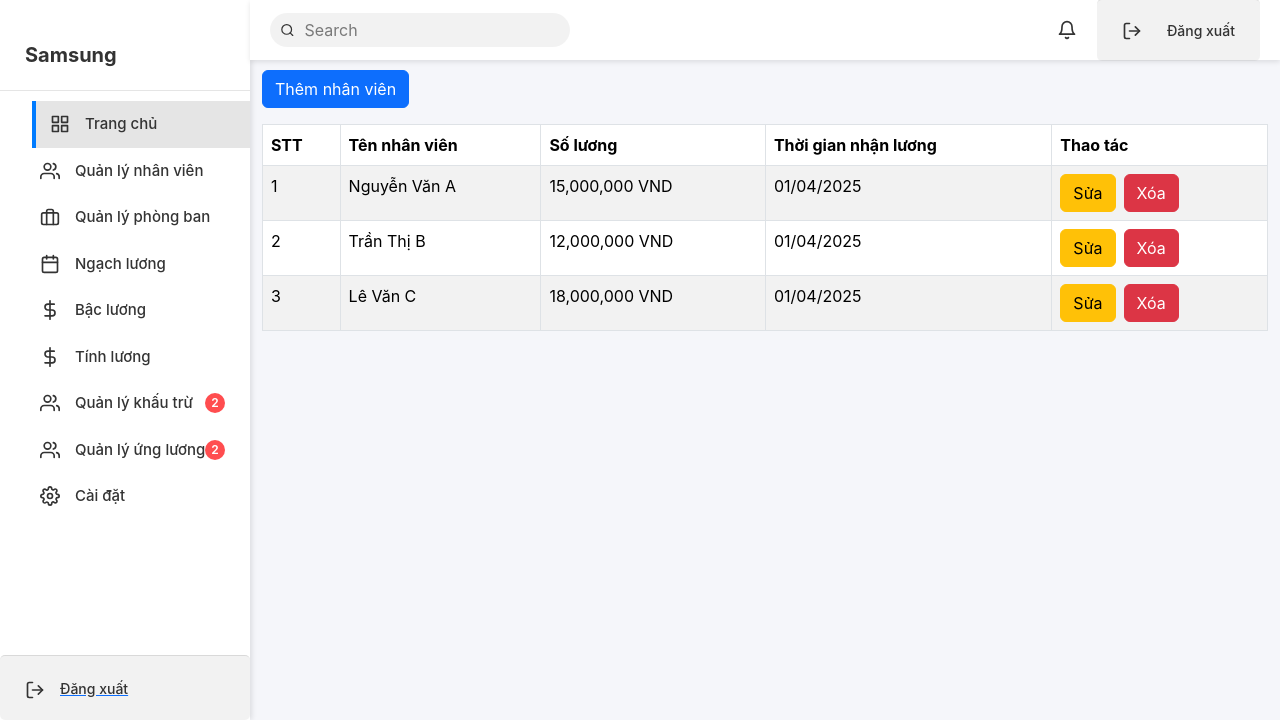
Repository: lenb2109136/HTTTQL
Page: /
These files come from the project's save history. The page is drawn as it stood at one moment and after the next save; the edit follows.
The browser window is 1280 px wide. The pictures show the whole page.
The project was rebuilt for these pictures with package versions that can differ from the ones it lists, and the page was loaded fresh each time.

Above is the page before, as saved 2025-03-28 13:05:32.

### src/index.js
import React from 'react';
import ReactDOM from 'react-dom/client';
import './index.css';
import App from './App';
import reportWebVitals from './reportWebVitals';
import 'bootstrap/dist/css/bootstrap.min.css'; // Import Bootstrap CSS
const root = ReactDOM.createRoot(document.getElementById('root'));
root.render(
  <React.StrictMode>
    <App />
  </React.StrictMode>
);

// If you want to start measuring performance in your app, pass a function
// to log results (for example: reportWebVitals(console.log))
// or send to an analytics endpoint. Learn more: https://bit.ly/CRA-vitals
reportWebVitals();

### src/App.js
// src/App.js
import React from 'react';
import { BrowserRouter as Router, Route, Routes } from 'react-router-dom';
import 'bootstrap/dist/css/bootstrap.min.css';
import './App.css';
import Header from './component/admin/Header-Admin';
import Sidebar from './component/admin/SideBar';
import Dashboard from './component/admin/Dashboard';

function App() {
  return (
    <Router>
      <div className="app">
        <Sidebar />
        <div className="main-content">
          <Header />
          <Routes>
            <Route path="/" element={<Dashboard />} />
          </Routes>
        </div>
      </div>
    </Router>
  );
}

export default App;

### src/App.css
/* src/App.css */
* {
  margin: 0;
  padding: 0;
  box-sizing: border-box;
  font-family: 'Inter', Arial, sans-serif;
}

.app {
  display: flex;
}

.main-content {
  flex: 1;
  margin-left: 250px;
  background-color: #f5f6fa;
  min-height: 100vh;
}

/* Page Content */
.page-content {
  padding: 20px;
}

### src/component/admin/Header-Admin.js
import React from 'react';
import { FiSearch, FiLogOut, FiBell } from 'react-icons/fi';
import './admin-style/Header-Admin.css'; // Adjusted import to match the provided file location

const Header = () => {
  return (
    <div className="header">
      {/* Thanh tìm kiếm */}
      <div className="search-bar">
        <FiSearch className="search-icon" />
        <input type="text" placeholder="Search" />
      </div>

      {/* Phần bên phải: Biểu tượng thông báo và nút đăng xuất */}
      <div className="header-right">
        <FiBell className="notification-icon" />
        <div className="logout-section">
          <FiLogOut className="logout-icon" />
          <span>Đăng xuất</span>
        </div>
      </div>
    </div>
  );
};

export default Header;

### src/component/admin/SideBar.js
import React from 'react';
import './admin-style/SideBar-Admin.css';
import { Link, useLocation } from 'react-router-dom';
import {
  FiGrid,
  FiUsers,
  FiBriefcase,
  FiCalendar,
  FiDollarSign,
  FiSettings,
  FiLogOut,
} from 'react-icons/fi';

const Sidebar = () => {
  const location = useLocation();

  return (
    <div className="sidebar">
      <div className="logo">
        <span className="logo-text">Samsung</span>
      </div>
      <ul>
        <li className={location.pathname === '/' ? 'active' : ''}>
          <Link to="/">
            <FiGrid className="menu-icon" />
            <span>Trang chủ</span>
          </Link>
        </li>
        <li className={location.pathname === '/employees' ? 'active' : ''}>
          <Link to="/employees">
            <FiUsers className="menu-icon" />
            <span>Quản lý nhân viên</span>
          </Link>
        </li>
        <li className={location.pathname === '/departments' ? 'active' : ''}>
          <Link to="/departments">
            <FiBriefcase className="menu-icon" />
            <span>Quản lý phòng ban</span>
          </Link>
        </li>
        <li className={location.pathname === '/salary-scale' ? 'active' : ''}>
          <Link to="/salary-scale">
            <FiCalendar className="menu-icon" />
            <span>Ngạch lương</span>
          </Link>
        </li>
        <li className={location.pathname === '/pay-grade' ? 'active' : ''}>
          <Link to="/pay-grade">
            <FiDollarSign className="menu-icon" />
            <span>Bậc lương</span>
          </Link>
        </li>
        <li
          className={
            location.pathname === '/salary-calculation' ? 'active' : ''
          }
        >
          <Link to="/salary-calculation">
            <FiDollarSign className="menu-icon" />
            <span>Tính lương</span>
          </Link>
        </li>
        <li className={location.pathname === '/deductions' ? 'active' : ''}>
          <Link to="/deductions">
            <FiUsers className="menu-icon" />
            <span>Quản lý khấu trừ</span>
            <span className="badge">2</span>
          </Link>
        </li>
        <li className={location.pathname === '/salary-advance' ? 'active' : ''}>
          <Link to="/salary-advance">
            <FiUsers className="menu-icon" />
            <span>Quản lý ứng lương</span>
            <span className="badge">2</span>
          </Link>
        </li>
        <li className={location.pathname === '/settings' ? 'active' : ''}>
          <Link to="/settings">
            <FiSettings className="menu-icon" />
            <span>Cài đặt</span>
          </Link>
        </li>
      </ul>
      <div className="logout-section">
        <Link to="/logout" className="logout-link">
          <FiLogOut className="logout-icon" />
          <span>Đăng xuất</span>
        </Link>
      </div>
    </div>
  );
};

export default Sidebar;

### src/component/admin/Dashboard.js
import React, { useState } from 'react';
import { Table, Button, Container } from 'react-bootstrap';

const EmployeesPage = () => {
  const [employees, setEmployees] = useState([
    {
      id: 1,
      name: 'Nguyễn Văn A',
      salary: '15,000,000 VND',
      payDate: '01/04/2025',
    },
    {
      id: 2,
      name: 'Trần Thị B',
      salary: '12,000,000 VND',
      payDate: '01/04/2025',
    },
    {
      id: 3,
      name: 'Lê Văn C',
      salary: '18,000,000 VND',
      payDate: '01/04/2025',
    },
  ]);

  const handleDelete = id => {
    setEmployees(employees.filter(emp => emp.id !== id));
  };

  return (
    <Container>
      <h2 className="my-3">Danh sách nhân viên</h2>
      <Button variant="primary" className="mb-3">
        Thêm nhân viên
      </Button>
      <Table striped bordered hover>
        <thead>
          <tr>
            <th>STT</th>
            <th>Tên nhân viên</th>
            <th>Số lương</th>
            <th>Thời gian nhận lương</th>
            <th>Thao tác</th>
          </tr>
        </thead>
        <tbody>
          {employees.map((emp, index) => (
            <tr key={emp.id}>
              <td>{index + 1}</td>
              <td>{emp.name}</td>
              <td>{emp.salary}</td>
              <td>{emp.payDate}</td>
              <td>
                <Button variant="warning" className="me-2">
                  Sửa
                </Button>
                <Button variant="danger" onClick={() => handleDelete(emp.id)}>
                  Xóa
                </Button>
              </td>
            </tr>
          ))}
        </tbody>
      </Table>
    </Container>
  );
};

export default EmployeesPage;

### src/component/admin/admin-style/Header-Admin.css
/* src/components/Header.css */
.header {
  width: calc(100% - 250px); /* Adjust for sidebar width */
  height: 60px;
  background: #fff; /* White background */
  position: fixed;
  top: 0;
  left: 250px; /* Offset for sidebar */
  display: flex;
  justify-content: space-between;
  align-items: center;
  padding: 0 20px;
  box-shadow: 0 2px 5px rgba(0, 0, 0, 0.1); /* Subtle shadow */
}

/* Thanh tìm kiếm */
.search-bar {
  display: flex;
  align-items: center;
  background-color: rgba(0, 0, 0, 0.05); /* Light gray background */
  border-radius: 20px;
  padding: 5px 10px;
  width: 300px;
}

.search-bar input {
  border: none;
  background: none;
  outline: none;
  margin-left: 10px;
  width: 100%;
  color: #333; /* Black text */
}

.search-bar input::placeholder {
  color: rgba(0, 0, 0, 0.5); /* Gray placeholder */
}

.search-icon {
  color: #333; /* Black icon */
}

/* Phần bên phải */
.header-right {
  display: flex;
  align-items: center;
  gap: 20px; /* Space between notification and logout */
}

.notification-icon {
  font-size: 20px;
  color: #333; /* Black icon */
  cursor: pointer;
}

.notification-icon:hover {
  color: #007bff; /* Blue on hover */
}

.logout-section {
  display: flex;
  align-items: center;
  gap: 10px;
  padding: 10px 15px;
  background-color: rgba(0, 0, 0, 0.05); /* Light gray background */
  border-radius: 5px;
  cursor: pointer;
  transition: background-color 0.3s ease;
}

.logout-section:hover {
  background-color: rgba(0, 0, 0, 0.1); /* Slightly darker on hover */
}

.logout-icon {
  font-size: 18px;
  color: #333; /* Black icon */
}

.logout-section span {
  font-size: 14px;
  font-weight: 500;
  color: #333; /* Black text */
}

### src/component/admin/admin-style/SideBar-Admin.css
/* src/components/Sidebar.css */
.sidebar {
  width: 250px;
  height: 100vh;
  background: #fff; /* White background */
  color: #333; /* Dark text color */
  position: fixed;
  top: 0;
  left: 0;
  padding-top: 20px;
  display: flex;
  flex-direction: column;
  justify-content: space-between;
  box-shadow: 2px 0 5px rgba(0, 0, 0, 0.1); /* Subtle shadow for depth */
}

.sidebar .logo {
  display: flex;
  align-items: center;
  gap: 10px;
  padding: 20px 25px;
  border-bottom: 1px solid rgba(0, 0, 0, 0.1); /* Light border */
}

.sidebar .logo-icon {
  width: 40px;
  height: 40px;
  object-fit: contain; /* Ensure the logo scales properly */
}

.sidebar .logo span {
  font-size: 20px;
  font-weight: 700;
  color: #333;
}

.sidebar ul {
  list-style: none;
  margin-top: 10px;
  flex-grow: 1;
}

.sidebar ul li {
  padding: 12px 8px;
  display: flex;
  align-items: center;
  cursor: pointer;
  transition: background-color 0.3s ease, padding-left 0.3s ease;
  position: relative; /* For badge positioning */
}

.sidebar ul li:hover {
  background-color: rgba(0, 0, 0, 0.05); /* Light gray hover effect */
  padding-left: 15px;
}

.sidebar ul li.active {
  background-color: rgba(0, 0, 0, 0.1); /* Slightly darker for active state */
  border-left: 4px solid #007bff; /* Blue accent for active item */
  padding-left: 14px;
}

.sidebar ul li a {
  color: #333; /* Black text */
  text-decoration: none;
  display: flex;
  align-items: center;
  font-size: 15px;
  font-weight: 500;
  width: 100%; /* Ensure the link takes full width */
}

.sidebar ul li a .menu-icon {
  font-size: 20px; /* Slightly larger icons */
  color: #333; /* Black icons */
  margin-right: 15px; /* Increased spacing between icon and text */
  transition: color 0.3s ease; /* Smooth color transition on hover */
}

.sidebar ul li a:hover .menu-icon {
  color: #007bff; /* Blue on hover */
}

/* Notification Badge */
.sidebar ul li .badge {
  position: absolute;
  right: 25px;
  background-color: #ff4d4f; /* Red badge */
  color: #fff;
  font-size: 12px;
  font-weight: 600;
  width: 20px;
  height: 20px;
  border-radius: 50%;
  display: flex;
  align-items: center;
  justify-content: center;
}

/* Logout Section */
.logout-section {
  padding: 20px 25px;
  display: flex;
  align-items: center;
  gap: 10px;
  background-color: rgba(0, 0, 0, 0.05); /* Light gray background */
  border-top: 1px solid rgba(0, 0, 0, 0.1);
  cursor: pointer;
  transition: background-color 0.3s ease;
}

.logout-section:hover {
  background-color: rgba(0, 0, 0, 0.1);
}

.logout-icon {
  font-size: 20px; /* Match menu icon size */
  color: #333; /* Black icon */
  margin-right: 15px; /* Increased spacing between icon and text */
  transition: color 0.3s ease; /* Smooth color transition on hover */
}

.logout-section:hover .logout-icon {
  color: #007bff; /* Blue on hover */
}

.logout-section span {
  font-size: 14px;
  font-weight: 500;
  color: #333;
}

Loaded but not shown: public/index.html (common file); src/index.css (common file); src/reportWebVitals.js (common file)

After the next save:
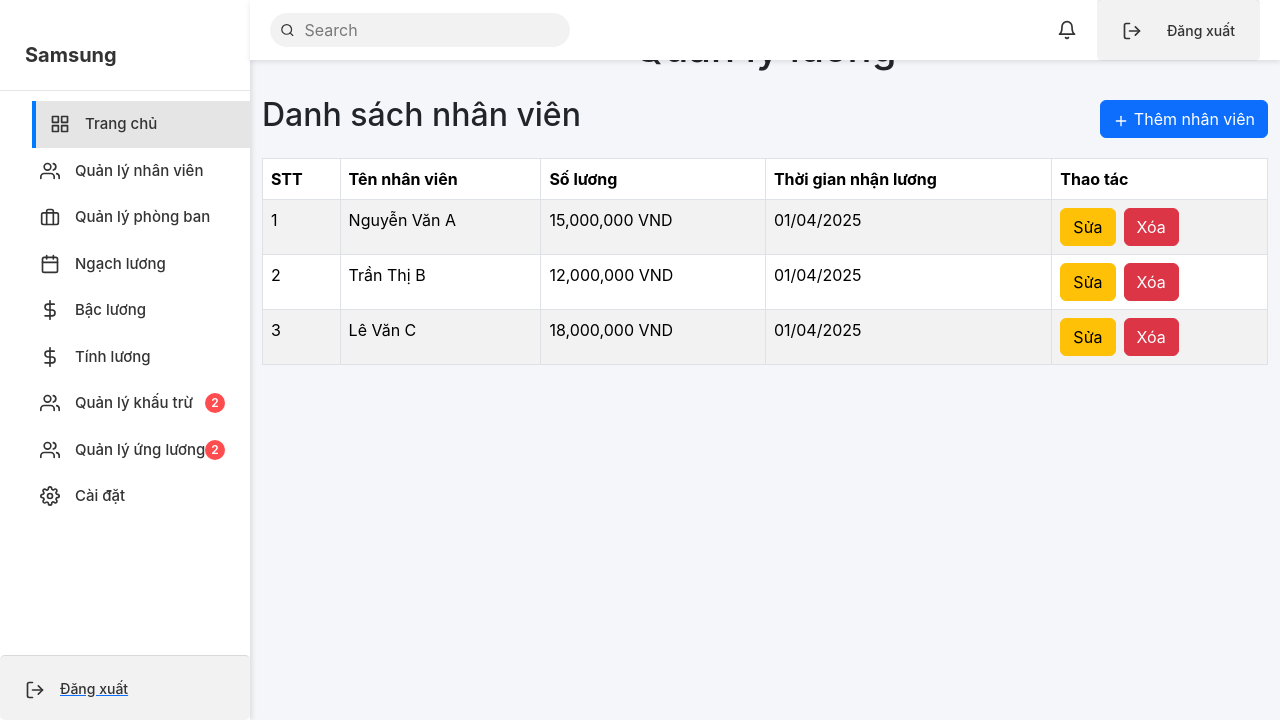
Saved 85 s later.
--- a/src/component/admin/Dashboard.js
+++ b/src/component/admin/Dashboard.js
@@ -1,5 +1,6 @@
 import React, { useState } from 'react';
-import { Table, Button, Container } from 'react-bootstrap';
+import { Table, Button, Container, Row, Col } from 'react-bootstrap';
+import { FiPlus } from 'react-icons/fi';
 
 const EmployeesPage = () => {
   const [employees, setEmployees] = useState([
@@ -29,10 +30,17 @@
 
   return (
     <Container>
-      <h2 className="my-3">Danh sách nhân viên</h2>
-      <Button variant="primary" className="mb-3">
-        Thêm nhân viên
-      </Button>
+      <h1 className="text-center my-4">Quản lý lương</h1>
+      <Row className="mb-3 d-flex justify-content-between align-items-center">
+        <Col>
+          <h2>Danh sách nhân viên</h2>
+        </Col>
+        <Col className="text-end">
+          <Button variant="primary">
+            <FiPlus /> Thêm nhân viên
+          </Button>
+        </Col>
+      </Row>
       <Table striped bordered hover>
         <thead>
           <tr>
